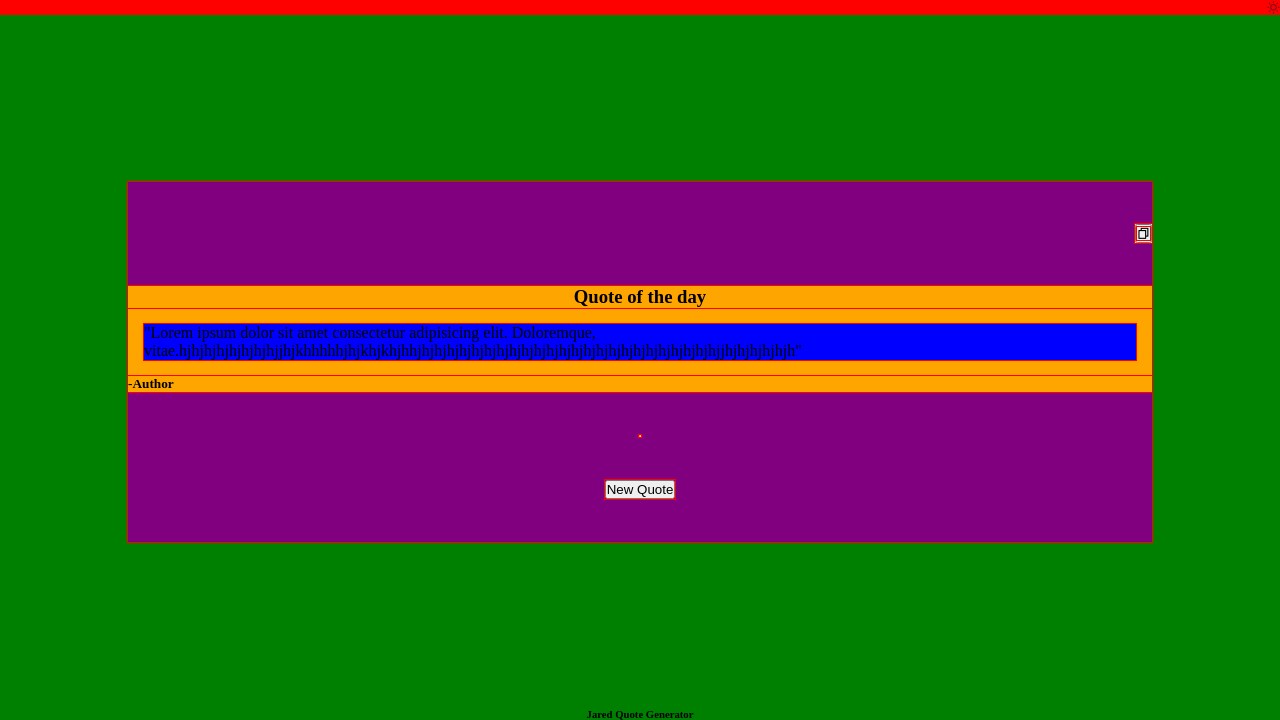
Repository: EguJaredoBoyd/Jared-Quote-Generator
Page: html/main.html
An editor plug-in stored every save of this project. The page is shown before and after the next save, followed by the edit.
The browser window is 1280 px wide. The pictures show the whole page.
Some web libraries are served in a nearby version.

Above is the page before, as saved 2026-01-09 01:06:10.

After the next save:
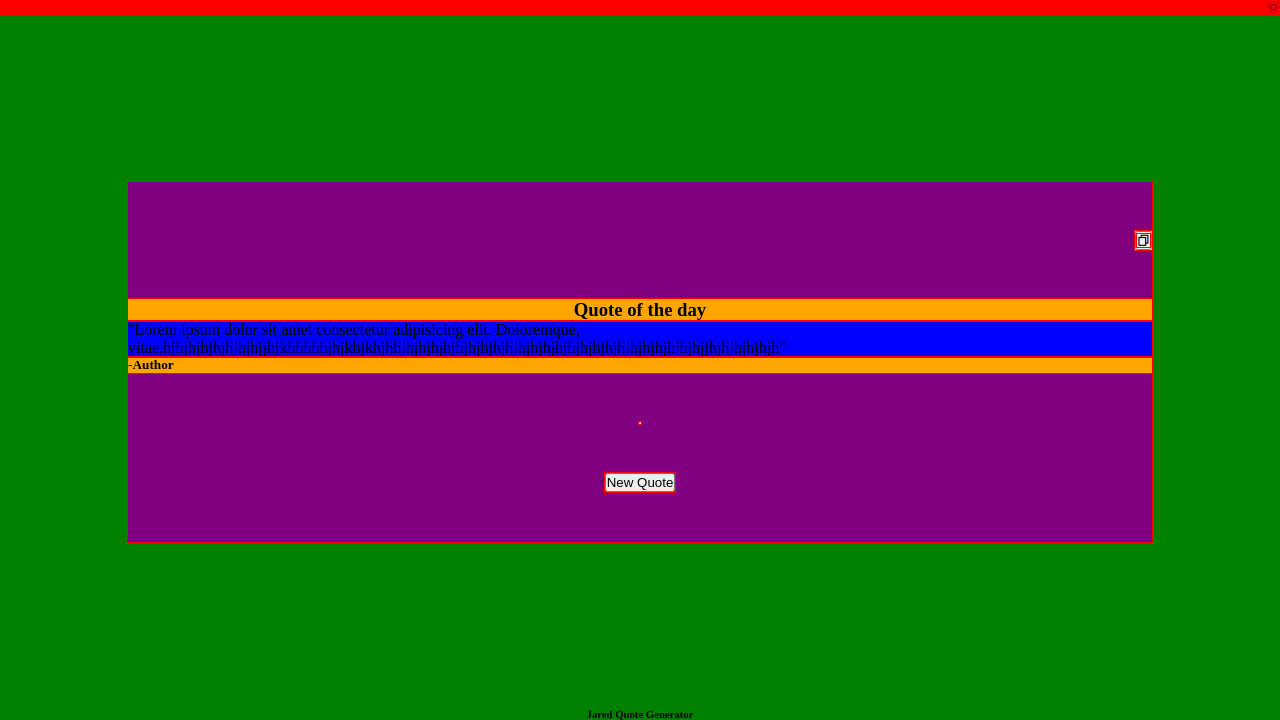
Saved 2 min 49 s later.
--- a/css/style.css
+++ b/css/style.css
@@ -72,7 +72,7 @@ header button {
 .quote-container__quotes p {
   background-color: blue;
   max-width: 100%;
-  margin: 1rem;
+  content: border-box;
   text-wrap: inherit;
   text-justify: center;
 }
